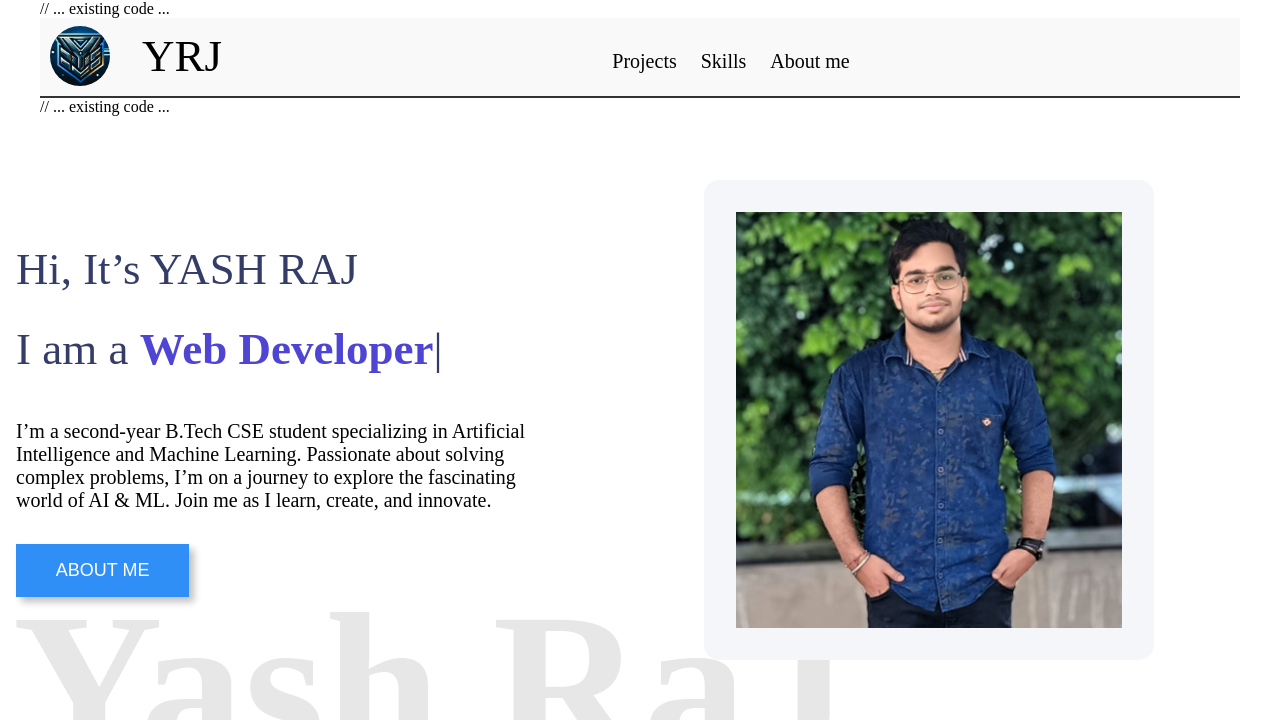
Repository: yrajha18/PeerShelf
Page: Desktop/WEB DEV/Portfolio/index.html
An editor plug-in stored every save of this project. The page is shown before and after the next save, followed by the edit.
The browser window is 1280 px wide. The pictures show the whole page.
An inner scrolling area shows only its first screen. Some web libraries are served in a nearby version.

Above is the page before, as saved 2024-09-19 00:10:22.

After the next save:
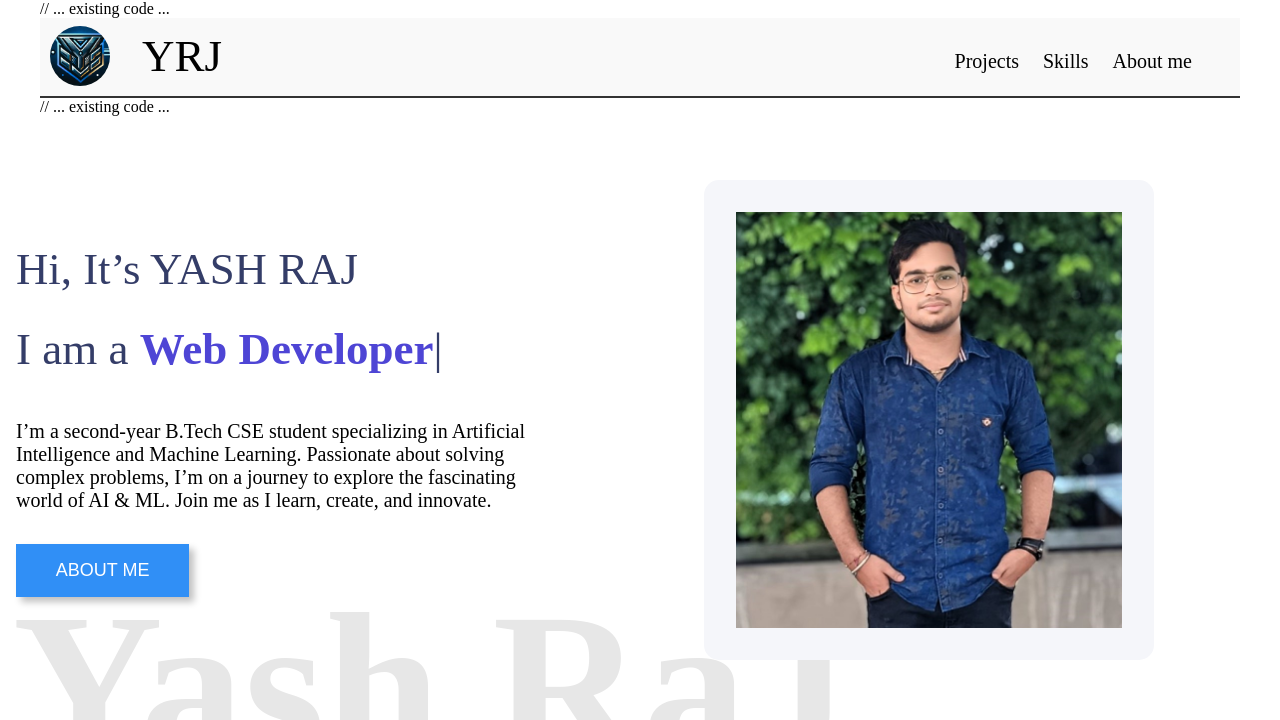
Saved 3 s later.
--- a/Desktop/WEB DEV/Portfolio/styles.css
+++ b/Desktop/WEB DEV/Portfolio/styles.css
@@ -667,3 +667,54 @@ body {
     font-size: 0.9rem;
   }
 }
+
+/* Existing styles */
+
+/* Responsive navbar styles */
+@media screen and (max-width: 768px) {
+  .navbar {
+      flex-direction: column;
+      align-items: flex-start;
+  }
+
+  .nav-items {
+      display: none;
+      width: 100%;
+      flex-direction: column;
+      background-color: #f8f8f8;
+      position: absolute;
+      top: 60px;
+      left: 0;
+      padding: 20px;
+  }
+
+  .nav-items.active {
+      display: flex;
+  }
+
+  .nav-items div {
+      margin: 10px 0;
+  }
+
+  .hamburger-menu {
+      display: block;
+      cursor: pointer;
+      position: absolute;
+      top: 15px;
+      right: 15px;
+  }
+
+  .bar {
+      width: 25px;
+      height: 3px;
+      background-color: #333;
+      margin: 5px 0;
+      transition: 0.4s;
+  }
+}
+
+@media screen and (min-width: 769px) {
+  .hamburger-menu {
+      display: none;
+  }
+}
